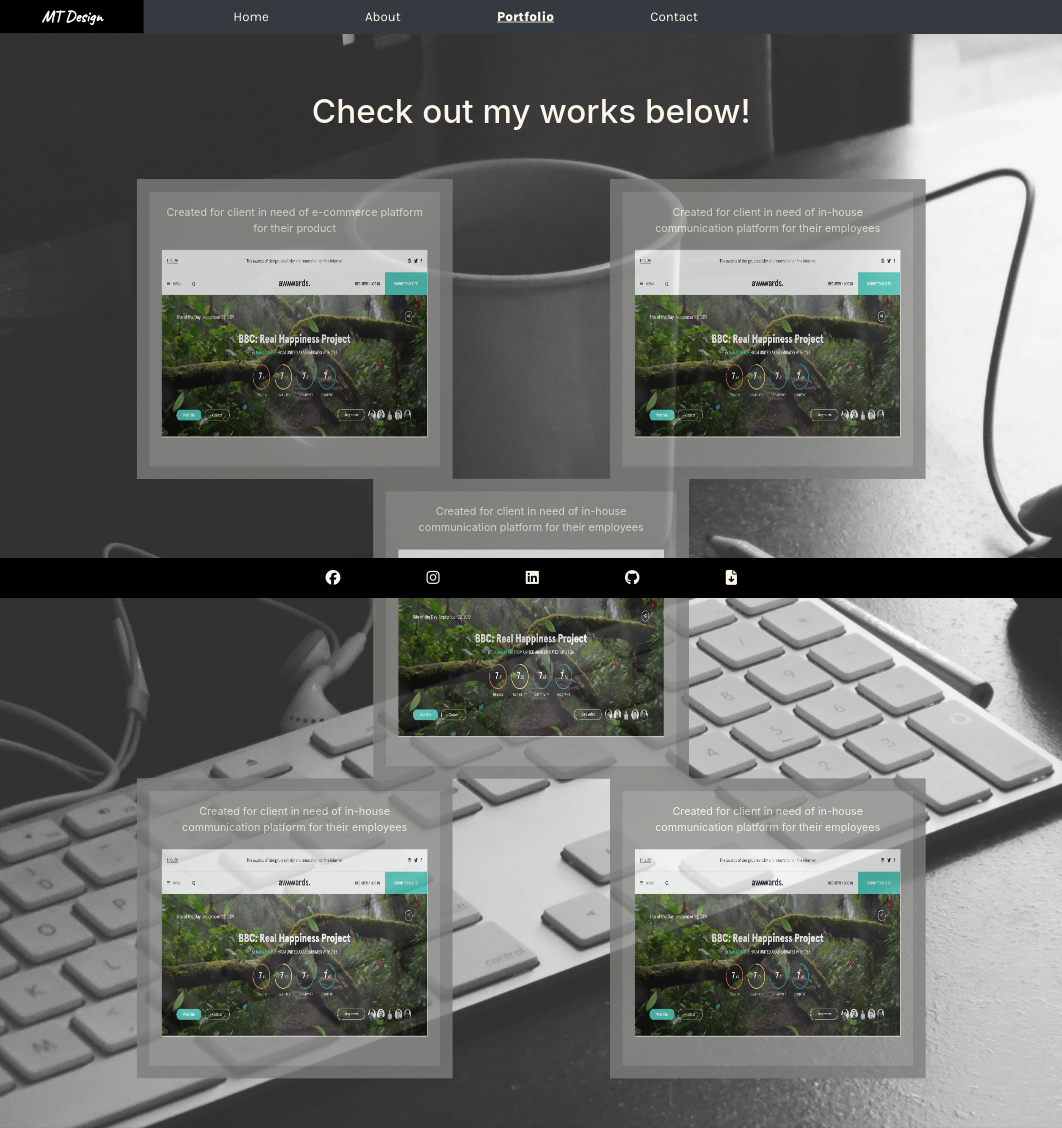
Repository: teppm/personal-portfolio
Page: portfolio.html
The author's editor kept a record of every edit. The page is drawn from the files as they stood at one moment, then again after the next edit.
The browser window is 1280 px wide. The pictures show the whole page, at 83% of full size.
Some web libraries are served in a nearby version.

Above is the page before.

### portfolio.html
<!DOCTYPE html>
<html lang="en">

<head>
    <meta charset="UTF-8">
    <meta name="viewport" content="width=device-width, initial-scale=1.0, shrink-to-fit=no">
    <meta http-equiv="X-UA-Compatible" content="ie=edge">
    <link rel="stylesheet " href="https://stackpath.bootstrapcdn.com/bootstrap/4.3.1/css/bootstrap.min.css" integrity="sha384-ggOyR0iXCbMQv3Xipma34MD+dH/1fQ784/j6cY/iJTQUOhcWr7x9JvoRxT2MZw1T" crossorigin="anonymous">
    <link href="https://fonts.googleapis.com/css?family=Karla:200,200i,400,400i,700,700i,800,800i&display=swap" rel="stylesheet">
    <link href="https://fonts.googleapis.com/css?family=Caveat&display=swap" rel="stylesheet">
    <link rel="stylesheet" href="assets/css/style.css" type="text/css" />
    <title>Madis Tepp</title>
</head>


<body>

<!--navbar-->

<nav class="navbar navbar-expand-lg fixed-top navbar-dark bg-dark">
    <a class="navbar-brand" href="index.html">MT Design</a>
    <button class="navbar-toggler" type="button" data-toggle="collapse" data-target="#navbarSupportedContent" aria-controls="navbarSupportedContent" aria-expanded="false" aria-label="Toggle navigation">
    <span class="navbar-toggler-icon"></span>
    </button>

    <div class="collapse navbar-collapse" id="navbarSupportedContent">
        <ul class="navbar-nav mr-auto">
            <li class="nav-item">
                <a class="nav-link" href="index.html">Home</a>
            </li>
            <li class="nav-item ">
                <a class="nav-link" href="aboutme.html">About</a>
            </li>
            <li class="nav-item active">
                <a class="nav-link" href="portfolio.html">Portfolio<span class="sr-only">(current)</span></a>
            </li>
            <li class="nav-item">
                <a class="nav-link" href="contact.html">Contact</a>
            </li>
        </ul>
    </div>
</nav>

<!--navbar end-->

<!-- works dones section-->

<section>
    <div class="container">
        <div class="row justify-content-center portfolio-heading">
            <h1>Check out my works below!</h1>
        </div>
        <div class="row justify-content-around">
            <div class="col-sm-12 col-md-4 works-done">
                <p class="portfolio-p">Created for client in need of e-commerce platform for their product</p>
                <a href="https://www.awwwards.com/" target="_blank">
            <img class="portfolio-image" src="assets/images/awwards.PNG" alt="website created for company">
            </a>
            </div>
            <div class="col-sm-12 col-md-4 works-done">
                <p class="portfolio-p">Created for client in need of in-house communication platform for their employees</p>
                <a href="https://www.awwwards.com/" target="_blank">
            <img class="portfolio-image" src="assets/images/awwards.PNG" alt="website created for company">
            </a>
            </div>
        </div>

        <div class="row justify-content-center">
            <div class="col-sm-12 col-md-4 works-done">
                <p class="portfolio-p">Created for client in need of in-house communication platform for their employees</p>
                <a href="https://www.awwwards.com/" target="_blank">
            <img class="portfolio-image" src="assets/images/awwards.PNG" alt="website created for company">
            </a>
            </div>
        </div>

        <div class="row justify-content-around">
            <div class="col-sm-12 col-md-4 works-done">
                <p class="portfolio-p">Created for client in need of in-house communication platform for their employees</p>
                <a href="https://www.awwwards.com/" target="_blank">
            <img class="portfolio-image" src="assets/images/awwards.PNG" alt="website created for company">
            </a>
            </div>

            <div class="col-sm-12 col-md-4 works-done">
                <p class="portfolio-p">Created for client in need of in-house communication platform for their employees</p>
                <a href="https://www.awwwards.com/" target="_blank">
            <img class="portfolio-image" src="assets/images/awwards.PNG" alt="website created for company">
            </a>
            </div>
        </div>
    </div>
</section>

<!-- works dones section end-->

<!--footer section starts here-->


    <footer class="footer fixed-bottom container-fluid">
        <a href="https://www.facebook.com/madis.tepp" target="_blank" title="Visit my Facebook pages"><i class="fab fa-facebook social-links"></i></a>
        <span class="sr-only ">Facebook</span>
        <a href="https://www.instagram.com/teppm/" target="_blank" title="Visit my Instagram account"><i class="fab fa-instagram social-links"></i></a>
        <span class="sr-only ">Instagram</span>
        <a href="https://www.linkedin.com/in/madis-tepp-1a0283b1/" target="_blank" title="Visit my Linkedin account"><i class="fab fa-linkedin social-links"></i></a>
        <span class="sr-only ">Linkedin</span>
        <a href="https://github.com/teppm " target="_blank" title="Visit my GitHub account"><i class="fab fa-github social-links"></i></a>
        <span class="sr-only ">GitHub</span>
        <a href="assets/images/Madis_Tepp_CV_2019.docx" target="_blank" title="Download my resume"><i class="fas fa-file-download social-links"></i></a>
        <span class="sr-only">Resume</span>
    </footer>


<!--footer section ends-->


<!--scrips-->

    <script src="https://code.jquery.com/jquery-3.2.1.slim.min.js" integrity="sha384-KJ3o2DKtIkvYIK3UENzmM7KCkRr/rE9/Qpg6aAZGJwFDMVNA/GpGFF93hXpG5KkN" crossorigin="anonymous"></script>
    <script src="https://cdnjs.cloudflare.com/ajax/libs/popper.js/1.12.9/umd/popper.min.js" integrity="sha384-ApNbgh9B+Y1QKtv3Rn7W3mgPxhU9K/ScQsAP7hUibX39j7fakFPskvXusvfa0b4Q" crossorigin="anonymous"></script>
    <script src="https://maxcdn.bootstrapcdn.com/bootstrap/4.0.0/js/bootstrap.min.js" integrity="sha384-JZR6Spejh4U02d8jOt6vLEHfe/JQGiRRSQQxSfFWpi1MquVdAyjUar5+76PVCmYl" crossorigin="anonymous"></script>
    <script src="https://kit.fontawesome.com/adecd2bab8.js"></script>
</body>
</html>

### assets/css/style.css
/*----------------------------html*/

html {
    background-image: url("../images/rayi-christian-wicaksono-6PF6DaiWz48-unsplash.jpg");
    background-repeat: no-repeat;
    background-color: black;
    background-size: cover;
    min-width: 100%;
    min-height: 100%;
    overflow-y: auto;



}

/*---------------------------------body*/

body {

    background-color: transparent;
    padding-bottom: 60px;
    padding-top: 60px;
}


/*---------------------------------navbar*/

.navbar {
    font-family: "Karla", sans-serif;
    font-weight: bolder;
    color: #FEF6EA;
    padding: 0px;
}



.navbar-dark .navbar-nav .nav-link {
    color: #FEF6EA;
    font-weight: normal;
}

.navbar-dark .navbar-nav .nav-link:hover {
    color: #E8FF00;
}

.navbar-dark .navbar-nav .active>.nav-link {
    color: #FEF6EA;
    font-weight: bolder;
    text-decoration: underline;

}

.navbar-dark>.navbar-brand {
    background-color: #000000;
    margin-right: 50px;
    padding-right: 50px;
    padding-left: 50px;
    color: #E8FF00;
    font-family: "Caveat", cursive;

}

.nav-link {
    margin: 0px 50px 0px 50px;
}
.navbar.navbar-expand-lg.fixed-top.navbar-dark {
    background-color: #000000;
}


/*----------------------------------index.html page content*/

.index-text-style {
    color: #FEF6EA;
    text-align: center;
    background-color: #91918E;
    opacity: 0.8;
    border: 15px solid #7D7D7A;
    margin: 0px 15px 0px 15px;
}

.embed-responsive {
    width: 70%;
    opacity: 0.9;
}


/*--------------------------------------about.html page content*/

.about,
.skills,
.work-history {
    background-color: #91918E;
    border: 15px solid #7D7D7A;
    padding-bottom: 25px;
    padding-top: 25px;
    opacity: 0.8;
    margin: 0px 15px 0px 15px;
    color: #FEF6EA;




}

.about-image {
    width: 100%;
    height: 100%;
    border: 15px solid #7D7D7A;



}

.about-image-container {
    padding-left: 0px;
    padding-right: 0px;
    margin: 0px 15px 0px 15px;

}



.work-history-style {
    padding-left: 0px;
}

.about-me-p {
    margin: 0px;
    font-size: small;
    text-align: left;
    color: #FEF6EA;

}

.progress {
    background-color: #5e6164;
}

.progress-bar {
    background-color: #000000;
}

h4 {
    text-decoration: underline;
}

h6 {
    margin-top: 10px;
    margin-bottom: 0px;
}

/*---------------------------------portfolio page content*/

.works-done {
    background-color: #91918E;
    border: 15px solid #7D7D7A;
    opacity: 0.8;
    font-size: small;
    padding-bottom: 70px;
    margin: 0px 15px 0px 15px;


}

.portfolio-p {
    margin-top: 15px;
    text-align: center;
    color: #FEF6EA;

}

.portfolio-image {
    width: 100%;
    height: 100%;
    padding-bottom: 35px;
}

.portfolio-heading {
    margin-bottom: 50px;
    color: #FEF6EA;
    text-align: center;
}

/*---------------------------------contact page content*/

.contact-page-style {
    background-color: #91918E;
    border: 15px solid #7D7D7A;
    opacity: 0.8;


}

.contact-p {
    background-color: #91918E;
    text-align: center;
    font-weight: bold;
    opacity: 0.8;
    color: #FEF6EA;
}


.btn {
    background-color: black;
    border: 15px black;
    color: #FEF6EA;
    margin: 10px;
}

.btn:hover {
    color: #960A03;
    background-color: black;
}

.btn:visited {
    color: #960A03;
    color: #E8FF00;
}

.contact-details {
    background-color: white;
    margin-top: 25px;
    margin-bottom: 35px;
    text-align: center;
    border-radius: 3px;
}

.download-resume {
    color: #FEF6EA;
    font-size: larger;
    background-color: black;
    width: 100%;


}

.download-resume:hover {
    text-decoration: none;
    color: #E8FF00;
}

.contact-list {
    padding-left: 0px;

}

.form-style {
    padding:0px;

}


/*---------------------------------footer*/

.social-links {
    color: #FEF6EA;
    font-size: large;
    transition: all;
    transition-timing-function: ease-in-out;
    margin: 15px 50px 15px 50px;


}

.social-links:hover {
    color: #E8FF00;
    text-decoration: none;


}

.footer {
    font-family: "Karla", sans-serif;
    text-align: center;
    bottom: 0px;
    background-color: #000000;

}


/*--------------------------------------list*/

li {
    list-style-type: none;
    text-align: center;
}





/*--------------------------------------img-fluid*/

.img-fluid {
    max-width: 100%;
    height: auto;
}




/*------------------------------------------container*/

.container {

    margin-top: 50px;

}



/*----------------------------------------------media query--*/

@media (max-width:767px) {
    .social-links {
        margin: 15px;
    }

}

@media (max-width:1024px) {
    .works-done {
        padding-bottom: 100px;

    }

    .contact-details-style {
        margin-left: 15px;
        margin-right: 15px;

    }

    .embed-responsive {
        width: 90%;
    }
}

@media (max-with:576px) {
     .form-style {
         padding-left:15px;
        padding-right: 15px;

}
}

After the next edit:
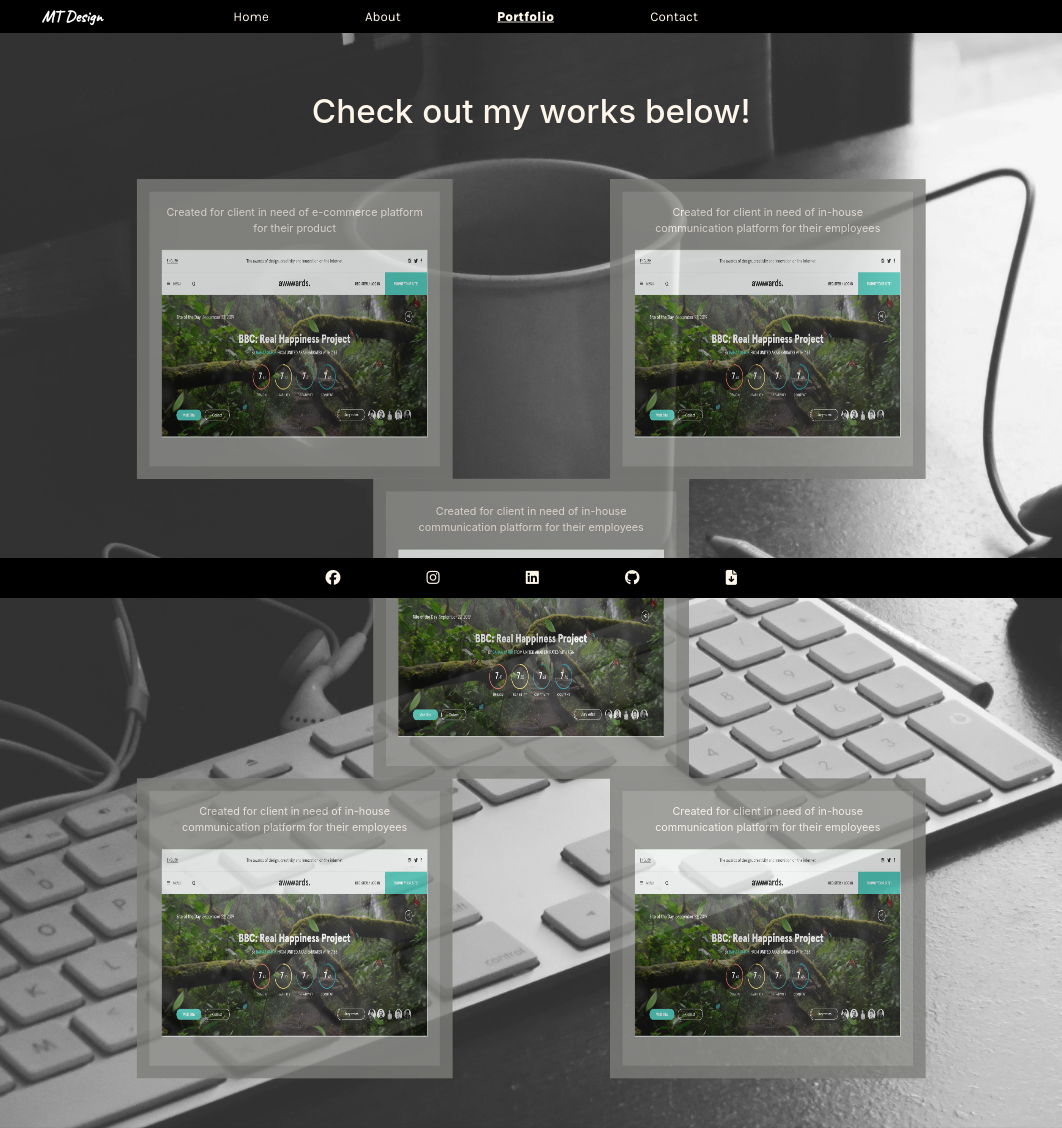
The edit:
--- a/portfolio.html
+++ b/portfolio.html
@@ -17,7 +17,7 @@
 
 <!--navbar-->
 
-<nav class="navbar navbar-expand-lg fixed-top navbar-dark bg-dark">
+<nav class="navbar navbar-expand-lg fixed-top navbar-dark">
     <a class="navbar-brand" href="index.html">MT Design</a>
     <button class="navbar-toggler" type="button" data-toggle="collapse" data-target="#navbarSupportedContent" aria-controls="navbarSupportedContent" aria-expanded="false" aria-label="Toggle navigation">
     <span class="navbar-toggler-icon"></span>
